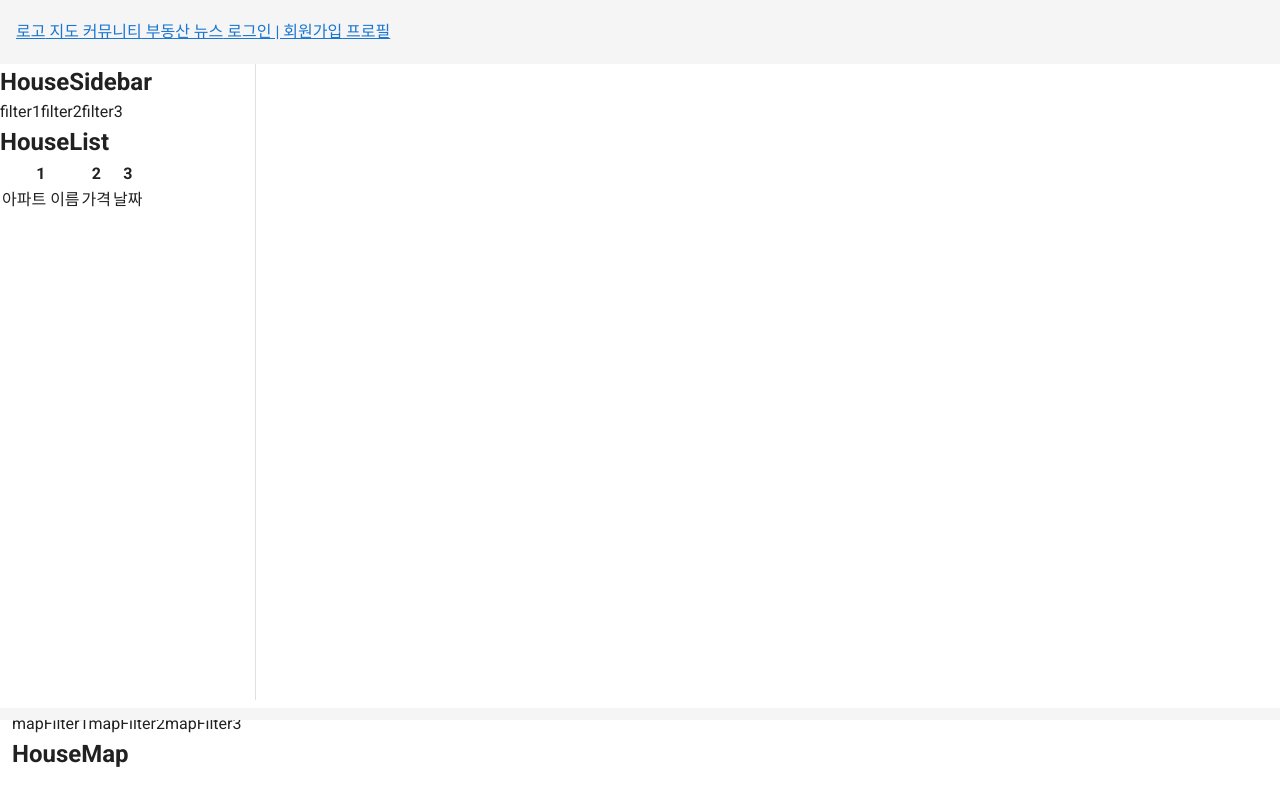
Repository: misso88/vue-whereIsMyHome
Page: /map
These files come from the project's save history. The page is drawn as it stood at one moment and after the next save; the edit follows.
The browser window is 1280 px wide. The pictures show the whole page.
The project was rebuilt for these pictures with package versions that can differ from the ones it lists, and the page was loaded fresh each time. Also part of the build but not shown: vue.config.js, src/views/AppMain.vue, src/views/AppNews.vue.

Above is the page before, as saved 2022-11-16 10:18:04.

After the next save:
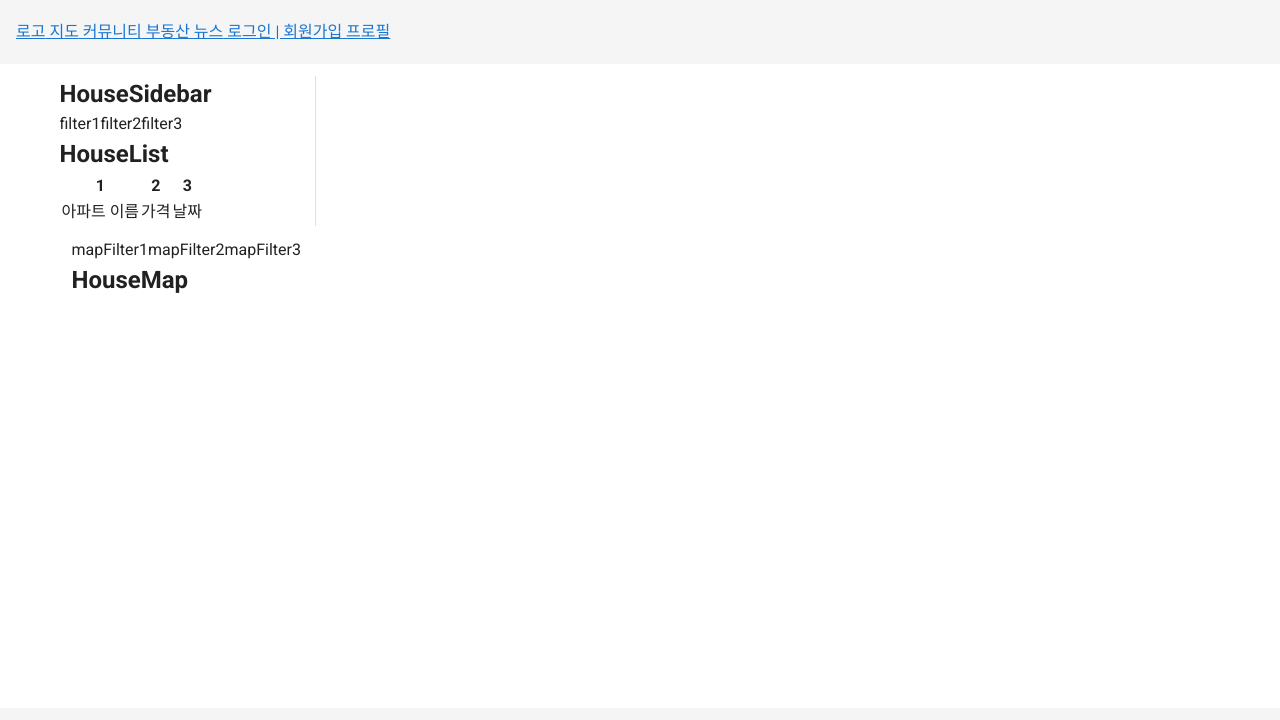
Saved 9 s later.
--- a/src/views/AppHouse.vue
+++ b/src/views/AppHouse.vue
@@ -1,12 +1,12 @@
 <template>
-  <v-app>
+  <v-container>
     <v-navigation-drawer permanent clipped>
       <house-sidebar></house-sidebar>
     </v-navigation-drawer>
     <v-container fluid>
       <house-map></house-map>
     </v-container>
-  </v-app>
+  </v-container>
 </template>
 
 <script>
